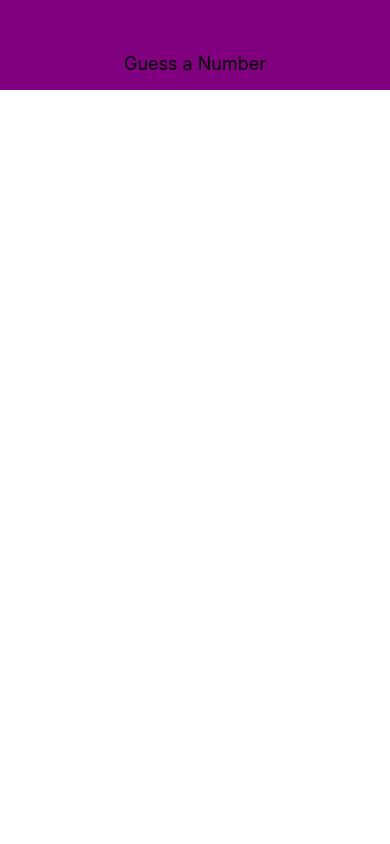
Repository: oguzhan18m/react-native-guess-number-game
Screen: /
An editor plug-in stored every save of this project. The screen is shown before and after the next save, followed by the edit.
The app was drawn by React Native's web renderer in a window 390 px wide. The project was rebuilt for these pictures with package versions that can differ from the ones it lists, and the page was loaded fresh each time.

Above is the screen before, as saved 2021-03-03 21:54:43.

After the next save:
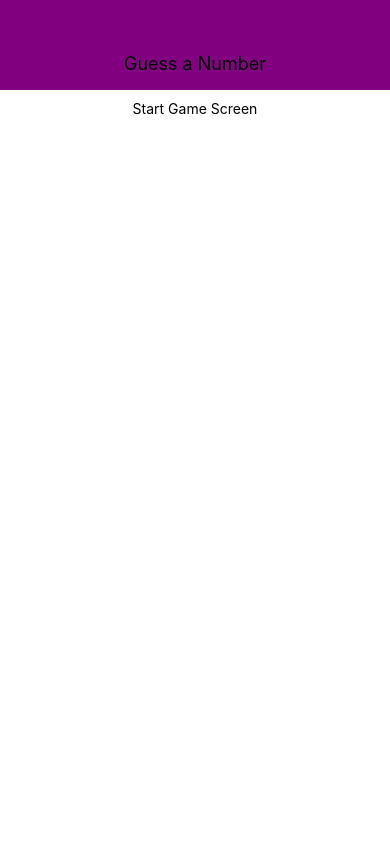
Saved 9 s later.
--- a/App.js
+++ b/App.js
@@ -7,6 +7,7 @@ export default function App() {
   return (
     <View style={styles.screen}>
       <Header title='Guess a Number' />
+      <StartGameScreen />
     </View>
   );
 }
